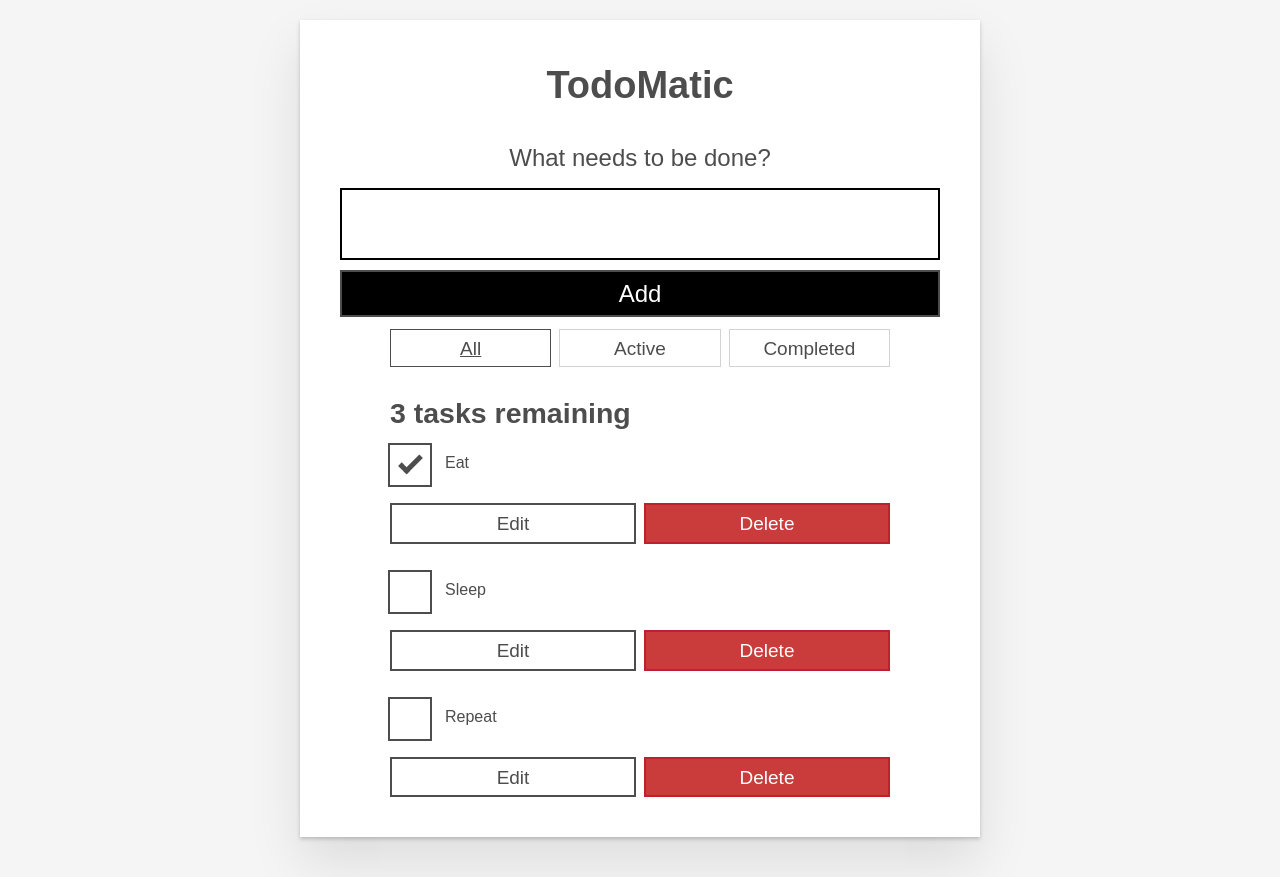
Repository: DevLaukey/todo
Page: /
The author's editor kept a copy of each file at every save. The page is drawn from the files as they stood at one save, then again after the next save.
The browser window is 1280 px wide. The pictures show the whole page.
The project was rebuilt for these pictures with package versions that can differ from the ones it lists, and the page was loaded fresh each time.

Above is the page before, as saved 2022-05-26 15:34:16.

### public/index.html
<!DOCTYPE html>
<html lang="en">
  <head>
    <meta charset="utf-8" />
    <link rel="icon" href="%PUBLIC_URL%/favicon.ico" />
    <meta name="viewport" content="width=device-width, initial-scale=1" />
    <meta name="theme-color" content="#000000" />
    <meta
      name="description"
      content="Web site created using create-react-app"
    />
    <link rel="apple-touch-icon" href="%PUBLIC_URL%/logo192.png" />
    <!--
      manifest.json provides metadata used when your web app is installed on a
      user's mobile device or desktop. See https://developers.google.com/web/fundamentals/web-app-manifest/
    -->
    <link rel="manifest" href="%PUBLIC_URL%/manifest.json" />
    <!--
      Notice the use of %PUBLIC_URL% in the tags above.
      It will be replaced with the URL of the `public` folder during the build.
      Only files inside the `public` folder can be referenced from the HTML.

      Unlike "/favicon.ico" or "favicon.ico", "%PUBLIC_URL%/favicon.ico" will
      work correctly both with client-side routing and a non-root public URL.
      Learn how to configure a non-root public URL by running `npm run build`.
    -->
<title>TodoMatic</title>
  </head>
  <body>
    <noscript>You need to enable JavaScript to run this app.</noscript>
    <div id="root"></div>
    <!--
      This HTML file is a template.
      If you open it directly in the browser, you will see an empty page.

      You can add webfonts, meta tags, or analytics to this file.
      The build step will place the bundled scripts into the <body> tag.

      To begin the development, run `npm start` or `yarn start`.
      To create a production bundle, use `npm run build` or `yarn build`.
    -->
  </body>
</html>

### src/App.js
import "./App.css"
import Todo from "./components/Todo";

function App() {
  return (
    <div className="todoapp stack-large">
      <h1>TodoMatic</h1>
      <form>
        <h2 className="label-wrapper">
          <label htmlFor="new-todo-input" className="label__lg">
            What needs to be done?
          </label>
        </h2>
        <input
          type="text"
          id="new-todo-input"
          className="input input__lg"
          name="text"
          autoComplete="off"
        />
        <button type="submit" className="btn btn__primary btn__lg">
          Add
        </button>
      </form>
      <div className="filters btn-group stack-exception">
        <button type="button" className="btn toggle-btn" aria-pressed="true">
          <span className="visually-hidden">Show </span>
          <span>all</span>
          <span className="visually-hidden"> tasks</span>
        </button>
        <button type="button" className="btn toggle-btn" aria-pressed="false">
          <span className="visually-hidden">Show </span>
          <span>Active</span>
          <span className="visually-hidden"> tasks</span>
        </button>
        <button type="button" className="btn toggle-btn" aria-pressed="false">
          <span className="visually-hidden">Show </span>
          <span>Completed</span>
          <span className="visually-hidden"> tasks</span>
        </button>
      </div>
      <h2 id="list-heading">3 tasks remaining</h2>
      <ul
        className="todo-list stack-large stack-exception"
        aria-labelledby="list-heading"
      >
        <Todo />
        <li className="todo stack-small">
          <div className="c-cb">
            <input id="todo-1" type="checkbox" />
            <label className="todo-label" htmlFor="todo-1">
              Sleep
            </label>
          </div>
          <div className="btn-group">
            <button type="button" className="btn">
              Edit <span className="visually-hidden">Sleep</span>
            </button>
            <button type="button" className="btn btn__danger">
              Delete <span className="visually-hidden">Sleep</span>
            </button>
          </div>
        </li>
        <li className="todo stack-small">
          <div className="c-cb">
            <input id="todo-2" type="checkbox" />
            <label className="todo-label" htmlFor="todo-2">
              Repeat
            </label>
          </div>
          <div className="btn-group">
            <button type="button" className="btn">
              Edit <span className="visually-hidden">Repeat</span>
            </button>
            <button type="button" className="btn btn__danger">
              Delete <span className="visually-hidden">Repeat</span>
            </button>
          </div>
        </li>
      </ul>
    </div>
  );
}

export default App;

### src/App.css
*,
*::before,
*::after {
  box-sizing: border-box;
}
*:focus {
  outline: 3px dashed #228bec;
  outline-offset: 0;
}
html {
  font: 62.5% / 1.15 sans-serif;
}
h1,
h2 {
  margin-bottom: 0;
}
ul {
  list-style: none;
  padding: 0;
}
button {
  border: none;
  margin: 0;
  padding: 0;
  width: auto;
  overflow: visible;
  background: transparent;
  color: inherit;
  font: inherit;
  line-height: normal;
  -webkit-font-smoothing: inherit;
  -moz-osx-font-smoothing: inherit;
  -webkit-appearance: none;
}
button::-moz-focus-inner {
  border: 0;
}
button,
input,
optgroup,
select,
textarea {
  font-family: inherit;
  font-size: 100%;
  line-height: 1.15;
  margin: 0;
}
button,
input {
  overflow: visible;
}
input[type="text"] {
  border-radius: 0;
}
body {
  width: 100%;
  max-width: 68rem;
  margin: 0 auto;
  font: 1.6rem/1.25 Arial, sans-serif;
  background-color: #f5f5f5;
  color: #4d4d4d;
}
@media screen and (min-width: 620px) {
  body {
    font-size: 1.9rem;
    line-height: 1.31579;
  }
}
/*END RESETS*/
/* GLOBAL STYLES */
.form-group > input[type="text"] {
  display: inline-block;
  margin-top: 0.4rem;
}
.btn {
  padding: 0.8rem 1rem 0.7rem;
  border: 0.2rem solid #4d4d4d;
  cursor: pointer;
  text-transform: capitalize;
}
.btn.toggle-btn {
  border-width: 1px;
  border-color: #d3d3d3;
}
.btn.toggle-btn[aria-pressed="true"] {
  text-decoration: underline;
  border-color: #4d4d4d;
}
.btn__danger {
  color: #fff;
  background-color: #ca3c3c;
  border-color: #bd2130;
}
.btn__filter {
  border-color: lightgrey;
}
.btn__primary {
  color: #fff;
  background-color: #000;
}
.btn-group {
  display: flex;
  justify-content: space-between;
}
.btn-group > * {
  flex: 1 1 49%;
}
.btn-group > * + * {
  margin-left: 0.8rem;
}
.label-wrapper {
  margin: 0;
  flex: 0 0 100%;
  text-align: center;
}
.visually-hidden {
  position: absolute !important;
  height: 1px;
  width: 1px;
  overflow: hidden;
  clip: rect(1px 1px 1px 1px);
  clip: rect(1px, 1px, 1px, 1px);
  white-space: nowrap;
}
[class*="stack"] > * {
  margin-top: 0;
  margin-bottom: 0;
}
.stack-small > * + * {
  margin-top: 1.25rem;
}
.stack-large > * + * {
  margin-top: 2.5rem;
}
@media screen and (min-width: 550px) {
  .stack-small > * + * {
    margin-top: 1.4rem;
  }
  .stack-large > * + * {
    margin-top: 2.8rem;
  }
}
.stack-exception {
  margin-top: 1.2rem;
}
/* END GLOBAL STYLES */
.todoapp {
  background: #fff;
  margin: 2rem 0 4rem 0;
  padding: 1rem;
  position: relative;
  box-shadow: 0 2px 4px 0 rgba(0, 0, 0, 0.2), 0 2.5rem 5rem 0 rgba(0, 0, 0, 0.1);
}
@media screen and (min-width: 550px) {
  .todoapp {
    padding: 4rem;
  }
}
.todoapp > * {
  max-width: 50rem;
  margin-left: auto;
  margin-right: auto;
}
.todoapp > form {
  max-width: 100%;
}
.todoapp > h1 {
  display: block;
  max-width: 100%;
  text-align: center;
  margin: 0;
  margin-bottom: 1rem;
}
.label__lg {
  line-height: 1.01567;
  font-weight: 300;
  padding: 0.8rem;
  margin-bottom: 1rem;
  text-align: center;
}
.input__lg {
  padding: 2rem;
  border: 2px solid #000;
}
.input__lg:focus {
  border-color: #4d4d4d;
  box-shadow: inset 0 0 0 2px;
}
[class*="__lg"] {
  display: inline-block;
  width: 100%;
  font-size: 1.9rem;
}
[class*="__lg"]:not(:last-child) {
  margin-bottom: 1rem;
}
@media screen and (min-width: 620px) {
  [class*="__lg"] {
    font-size: 2.4rem;
  }
}
.filters {
  width: 100%;
  margin: unset auto;
}
/* Todo item styles */
.todo {
  display: flex;
  flex-direction: row;
  flex-wrap: wrap;
}
.todo > * {
  flex: 0 0 100%;
}
.todo-text {
  width: 100%;
  min-height: 4.4rem;
  padding: 0.4rem 0.8rem;
  border: 2px solid #565656;
}
.todo-text:focus {
  box-shadow: inset 0 0 0 2px;
}
/* CHECKBOX STYLES */
.c-cb {
  box-sizing: border-box;
  font-family: Arial, sans-serif;
  -webkit-font-smoothing: antialiased;
  font-weight: 400;
  font-size: 1.6rem;
  line-height: 1.25;
  display: block;
  position: relative;
  min-height: 44px;
  padding-left: 40px;
  clear: left;
}
.c-cb > label::before,
.c-cb > input[type="checkbox"] {
  box-sizing: border-box;
  top: -2px;
  left: -2px;
  width: 44px;
  height: 44px;
}
.c-cb > input[type="checkbox"] {
  -webkit-font-smoothing: antialiased;
  cursor: pointer;
  position: absolute;
  z-index: 1;
  margin: 0;
  opacity: 0;
}
.c-cb > label {
  font-size: inherit;
  font-family: inherit;
  line-height: inherit;
  display: inline-block;
  margin-bottom: 0;
  padding: 8px 15px 5px;
  cursor: pointer;
  touch-action: manipulation;
}
.c-cb > label::before {
  content: "";
  position: absolute;
  border: 2px solid currentcolor;
  background: transparent;
}
.c-cb > input[type="checkbox"]:focus + label::before {
  border-width: 4px;
  outline: 3px dashed #228bec;
}
.c-cb > label::after {
  box-sizing: content-box;
  content: "";
  position: absolute;
  top: 11px;
  left: 9px;
  width: 18px;
  height: 7px;
  transform: rotate(-45deg);
  border: solid;
  border-width: 0 0 5px 5px;
  border-top-color: transparent;
  opacity: 0;
  background: transparent;
}
.c-cb > input[type="checkbox"]:checked + label::after {
  opacity: 1;
}

### src/components/Todo.js
import React from 'react'

function Todo() {
  return (
    <li className="todo stack-small">
      <div className="c-cb">
        <input id="todo-0" type="checkbox" defaultChecked={true} />
        <label className="todo-label" htmlFor="todo-0">
          Eat
        </label>
      </div>
      <div className="btn-group">
        <button type="button" className="btn">
          Edit <span className="visually-hidden">Eat</span>
        </button>
        <button type="button" className="btn btn__danger">
          Delete <span className="visually-hidden">Eat</span>
        </button>
      </div>
    </li>
  );
}

export default Todo

Loaded but not shown: src/index.js (common file); src/index.css (common file); src/reportWebVitals.js (common file)

After the next save:
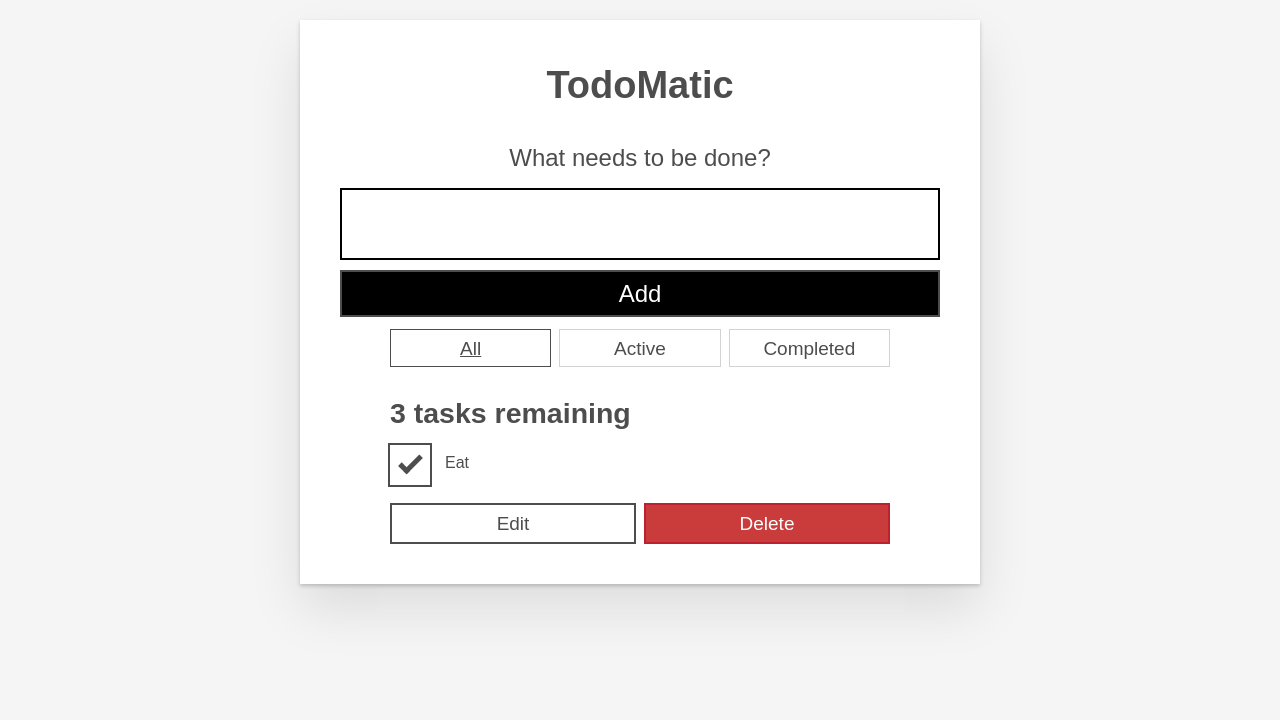
Saved 48 s later.
--- a/src/App.js
+++ b/src/App.js
@@ -45,38 +45,7 @@
         aria-labelledby="list-heading"
       >
         <Todo />
-        <li className="todo stack-small">
-          <div className="c-cb">
-            <input id="todo-1" type="checkbox" />
-            <label className="todo-label" htmlFor="todo-1">
-              Sleep
-            </label>
-          </div>
-          <div className="btn-group">
-            <button type="button" className="btn">
-              Edit <span className="visually-hidden">Sleep</span>
-            </button>
-            <button type="button" className="btn btn__danger">
-              Delete <span className="visually-hidden">Sleep</span>
-            </button>
-          </div>
-        </li>
-        <li className="todo stack-small">
-          <div className="c-cb">
-            <input id="todo-2" type="checkbox" />
-            <label className="todo-label" htmlFor="todo-2">
-              Repeat
-            </label>
-          </div>
-          <div className="btn-group">
-            <button type="button" className="btn">
-              Edit <span className="visually-hidden">Repeat</span>
-            </button>
-            <button type="button" className="btn btn__danger">
-              Delete <span className="visually-hidden">Repeat</span>
-            </button>
-          </div>
-        </li>
+
       </ul>
     </div>
   );

After the save that followed:
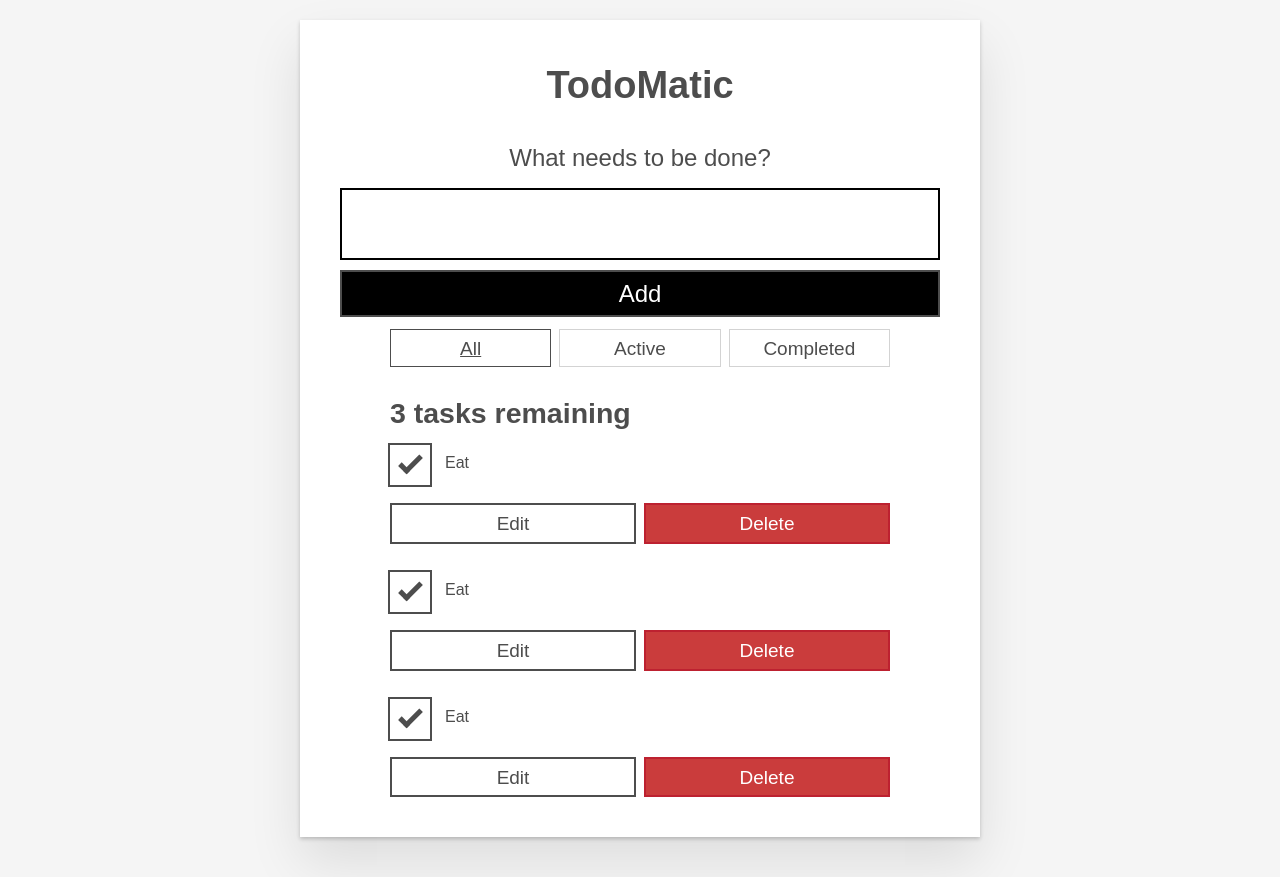
Saved 38 s later.
--- a/src/App.js
+++ b/src/App.js
@@ -45,7 +45,8 @@
         aria-labelledby="list-heading"
       >
         <Todo />
-
+        <Todo />
+        <Todo />
       </ul>
     </div>
   );
